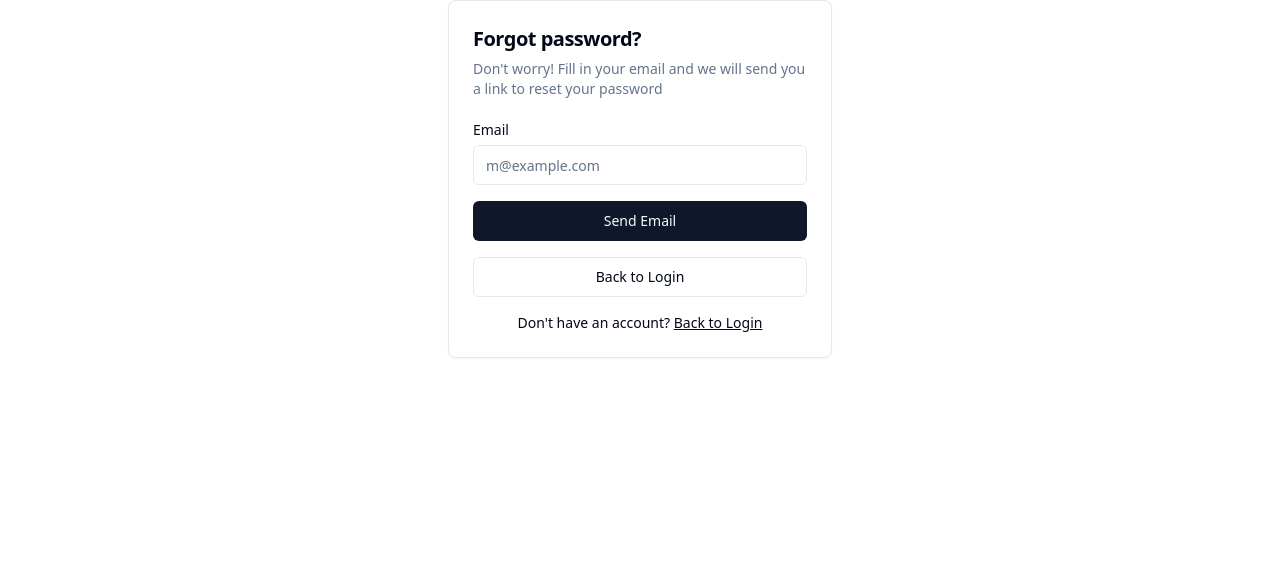
Repository: ifeanyidavid/yabta
Page: /forgot-password (app in frontend/)
These files come from the project's save history. The page is drawn as it stood at one moment and after a run of saves; the edit follows.
The browser window is 1280 px wide. The pictures show the whole page.
The project was rebuilt for these pictures with package versions that can differ from the ones it lists, and the page was loaded fresh each time. Also part of the build but not shown: frontend/vite.config.ts, frontend/src/components/login-form.tsx, frontend/src/pages/Login/index.tsx, frontend/src/routes/root.tsx, frontend/src/routes/error-page.tsx, frontend/src/routes/dashboard.tsx, frontend/src/components/register-form.tsx, frontend/src/pages/Register/index.tsx and 1 more.

Above is the page before, as saved 2024-07-13 00:32:33.

### frontend/src/main.tsx
import React from "react";
import ReactDOM from "react-dom/client";
import { createBrowserRouter, RouterProvider } from "react-router-dom";
import "@/styles/global.css";
import Root from "@/routes/root";
import ErrorPage from "@/routes/error-page";
import { Dashboard as DashboardRoute } from "@/routes/dashboard";
import { Register as RegisterRoute } from "@/routes/register";
import { ForgotPassword as ForgotPasswordRoute } from "@/routes/forgot-password";

const router = createBrowserRouter([
  {
    path: "/",
    element: <Root />,
    errorElement: <ErrorPage />,
  },
  {
    path: "/dashboard",
    element: <DashboardRoute />,
    errorElement: <ErrorPage />,
  },
  {
    path: "/register",
    element: <RegisterRoute />,
    errorElement: <ErrorPage />,
  },
  {
    path: "/forgot-password",
    element: <ForgotPasswordRoute />,
    errorElement: <ErrorPage />,
  },
]);

ReactDOM.createRoot(document.getElementById("root")!).render(
  <React.StrictMode>
    <RouterProvider router={router} />
  </React.StrictMode>
);

### frontend/src/styles/global.css
@tailwind base;
  @tailwind components;
  @tailwind utilities;

  @layer base {
    :root {
      --background: 0 0% 100%;
      --foreground: 222.2 84% 4.9%;
      --card: 0 0% 100%;
      --card-foreground: 222.2 84% 4.9%;
      --popover: 0 0% 100%;
      --popover-foreground: 222.2 84% 4.9%;
      --primary: 222.2 47.4% 11.2%;
      --primary-foreground: 210 40% 98%;
      --secondary: 210 40% 96.1%;
      --secondary-foreground: 222.2 47.4% 11.2%;
      --muted: 210 40% 96.1%;
      --muted-foreground: 215.4 16.3% 46.9%;
      --accent: 210 40% 96.1%;
      --accent-foreground: 222.2 47.4% 11.2%;
      --destructive: 0 84.2% 60.2%;
      --destructive-foreground: 210 40% 98%;
      --border: 214.3 31.8% 91.4%;
      --input: 214.3 31.8% 91.4%;
      --ring: 222.2 84% 4.9%;
      --radius: 0.5rem;
      --chart-1: 12 76% 61%;
      --chart-2: 173 58% 39%;
      --chart-3: 197 37% 24%;
      --chart-4: 43 74% 66%;
      --chart-5: 27 87% 67%;
    }

    .dark {
      --background: 222.2 84% 4.9%;
      --foreground: 210 40% 98%;
      --card: 222.2 84% 4.9%;
      --card-foreground: 210 40% 98%;
      --popover: 222.2 84% 4.9%;
      --popover-foreground: 210 40% 98%;
      --primary: 210 40% 98%;
      --primary-foreground: 222.2 47.4% 11.2%;
      --secondary: 217.2 32.6% 17.5%;
      --secondary-foreground: 210 40% 98%;
      --muted: 217.2 32.6% 17.5%;
      --muted-foreground: 215 20.2% 65.1%;
      --accent: 217.2 32.6% 17.5%;
      --accent-foreground: 210 40% 98%;
      --destructive: 0 62.8% 30.6%;
      --destructive-foreground: 210 40% 98%;
      --border: 217.2 32.6% 17.5%;
      --input: 217.2 32.6% 17.5%;
      --ring: 212.7 26.8% 83.9%;
      --chart-1: 220 70% 50%;
      --chart-2: 160 60% 45%;
      --chart-3: 30 80% 55%;
      --chart-4: 280 65% 60%;
      --chart-5: 340 75% 55%;
    }
  }

  @layer base {
    * {
      @apply border-border;
    }
    body {
      @apply bg-background text-foreground;
    }
  }

### frontend/src/routes/forgot-password.tsx
import React from "react";
import { ForgotPassword as ForgotPasswordPage } from "@/pages/ForgotPassword";

export const ForgotPassword: React.FC = () => {
  return <ForgotPasswordPage />;
};

### frontend/src/pages/ForgotPassword/index.tsx
import React from 'react'
import { ForgotPasswordForm } from '@/components/forgot-password-form'

export const ForgotPassword: React.FC = () => {
  return (
    <ForgotPasswordForm />
  )
}

### frontend/src/components/forgot-password-form.tsx
import {
  Card,
  CardHeader,
  CardTitle,
  CardDescription,
  CardContent,
} from "@/components/ui/card";
import { Label } from "@/components/ui/label";
import { Input } from "@/components/ui/input";
import { Button } from "@/components/ui/button";
import { useLinkClickHandler, NavLink } from "react-router-dom";

export function ForgotPasswordForm() {
  const navigateToDashboard = useLinkClickHandler("/dashboard");
  const navigateToLogin = useLinkClickHandler("/");
  return (
    <Card className="mx-auto max-w-sm">
      <CardHeader>
        <CardTitle className="text-xl">Forgot password?</CardTitle>
        <CardDescription>
          Don't worry! Fill in your email and we will send you a link to reset
          your password
        </CardDescription>
      </CardHeader>
      <CardContent>
        <div className="grid gap-4">
          <div className="grid gap-2">
            <Label htmlFor="email">Email</Label>
            <Input
              id="email"
              type="email"
              placeholder="m@example.com"
              required
            />
          </div>
          <Button onClick={navigateToDashboard} type="submit" className="w-full">
            Send Email
          </Button>
          <Button onClick={navigateToLogin} variant="outline" className="w-full">
            Back to Login
          </Button>
        </div>
        <div className="mt-4 text-center text-sm">
          Don&apos;t have an account?{" "}
          <NavLink to="/register" className="underline">
            Back to Login
          </NavLink>
        </div>
      </CardContent>
    </Card>
  );
}

### frontend/src/components/ui/card.tsx
import * as React from "react"

import { cn } from "@/lib/utils"

const Card = React.forwardRef<
  HTMLDivElement,
  React.HTMLAttributes<HTMLDivElement>
>(({ className, ...props }, ref) => (
  <div
    ref={ref}
    className={cn(
      "rounded-lg border bg-card text-card-foreground shadow-sm",
      className
    )}
    {...props}
  />
))
Card.displayName = "Card"

const CardHeader = React.forwardRef<
  HTMLDivElement,
  React.HTMLAttributes<HTMLDivElement>
>(({ className, ...props }, ref) => (
  <div
    ref={ref}
    className={cn("flex flex-col space-y-1.5 p-6", className)}
    {...props}
  />
))
CardHeader.displayName = "CardHeader"

const CardTitle = React.forwardRef<
  HTMLParagraphElement,
  React.HTMLAttributes<HTMLHeadingElement>
>(({ className, ...props }, ref) => (
  <h3
    ref={ref}
    className={cn(
      "text-2xl font-semibold leading-none tracking-tight",
      className
    )}
    {...props}
  />
))
CardTitle.displayName = "CardTitle"

const CardDescription = React.forwardRef<
  HTMLParagraphElement,
  React.HTMLAttributes<HTMLParagraphElement>
>(({ className, ...props }, ref) => (
  <p
    ref={ref}
    className={cn("text-sm text-muted-foreground", className)}
    {...props}
  />
))
CardDescription.displayName = "CardDescription"

const CardContent = React.forwardRef<
  HTMLDivElement,
  React.HTMLAttributes<HTMLDivElement>
>(({ className, ...props }, ref) => (
  <div ref={ref} className={cn("p-6 pt-0", className)} {...props} />
))
CardContent.displayName = "CardContent"

const CardFooter = React.forwardRef<
  HTMLDivElement,
  React.HTMLAttributes<HTMLDivElement>
>(({ className, ...props }, ref) => (
  <div
    ref={ref}
    className={cn("flex items-center p-6 pt-0", className)}
    {...props}
  />
))
CardFooter.displayName = "CardFooter"

export { Card, CardHeader, CardFooter, CardTitle, CardDescription, CardContent }

### frontend/src/components/ui/label.tsx
"use client"

import * as React from "react"
import * as LabelPrimitive from "@radix-ui/react-label"
import { cva, type VariantProps } from "class-variance-authority"

import { cn } from "@/lib/utils"

const labelVariants = cva(
  "text-sm font-medium leading-none peer-disabled:cursor-not-allowed peer-disabled:opacity-70"
)

const Label = React.forwardRef<
  React.ElementRef<typeof LabelPrimitive.Root>,
  React.ComponentPropsWithoutRef<typeof LabelPrimitive.Root> &
    VariantProps<typeof labelVariants>
>(({ className, ...props }, ref) => (
  <LabelPrimitive.Root
    ref={ref}
    className={cn(labelVariants(), className)}
    {...props}
  />
))
Label.displayName = LabelPrimitive.Root.displayName

export { Label }

### frontend/src/components/ui/input.tsx
import * as React from "react"

import { cn } from "@/lib/utils"

export interface InputProps
  extends React.InputHTMLAttributes<HTMLInputElement> {}

const Input = React.forwardRef<HTMLInputElement, InputProps>(
  ({ className, type, ...props }, ref) => {
    return (
      <input
        type={type}
        className={cn(
          "flex h-10 w-full rounded-md border border-input bg-background px-3 py-2 text-sm ring-offset-background file:border-0 file:bg-transparent file:text-sm file:font-medium placeholder:text-muted-foreground focus-visible:outline-none focus-visible:ring-2 focus-visible:ring-ring focus-visible:ring-offset-2 disabled:cursor-not-allowed disabled:opacity-50",
          className
        )}
        ref={ref}
        {...props}
      />
    )
  }
)
Input.displayName = "Input"

export { Input }

### frontend/src/components/ui/button.tsx
import * as React from "react"
import { Slot } from "@radix-ui/react-slot"
import { cva, type VariantProps } from "class-variance-authority"

import { cn } from "@/lib/utils"

const buttonVariants = cva(
  "inline-flex items-center justify-center whitespace-nowrap rounded-md text-sm font-medium ring-offset-background transition-colors focus-visible:outline-none focus-visible:ring-2 focus-visible:ring-ring focus-visible:ring-offset-2 disabled:pointer-events-none disabled:opacity-50",
  {
    variants: {
      variant: {
        default: "bg-primary text-primary-foreground hover:bg-primary/90",
        destructive:
          "bg-destructive text-destructive-foreground hover:bg-destructive/90",
        outline:
          "border border-input bg-background hover:bg-accent hover:text-accent-foreground",
        secondary:
          "bg-secondary text-secondary-foreground hover:bg-secondary/80",
        ghost: "hover:bg-accent hover:text-accent-foreground",
        link: "text-primary underline-offset-4 hover:underline",
      },
      size: {
        default: "h-10 px-4 py-2",
        sm: "h-9 rounded-md px-3",
        lg: "h-11 rounded-md px-8",
        icon: "h-10 w-10",
      },
    },
    defaultVariants: {
      variant: "default",
      size: "default",
    },
  }
)

export interface ButtonProps
  extends React.ButtonHTMLAttributes<HTMLButtonElement>,
    VariantProps<typeof buttonVariants> {
  asChild?: boolean
}

const Button = React.forwardRef<HTMLButtonElement, ButtonProps>(
  ({ className, variant, size, asChild = false, ...props }, ref) => {
    const Comp = asChild ? Slot : "button"
    return (
      <Comp
        className={cn(buttonVariants({ variant, size, className }))}
        ref={ref}
        {...props}
      />
    )
  }
)
Button.displayName = "Button"

export { Button, buttonVariants }

Loaded but not shown: frontend/index.html (common file); frontend/src/lib/utils.ts (common file); frontend/tailwind.config.js (common file)

After the next 4 saves:
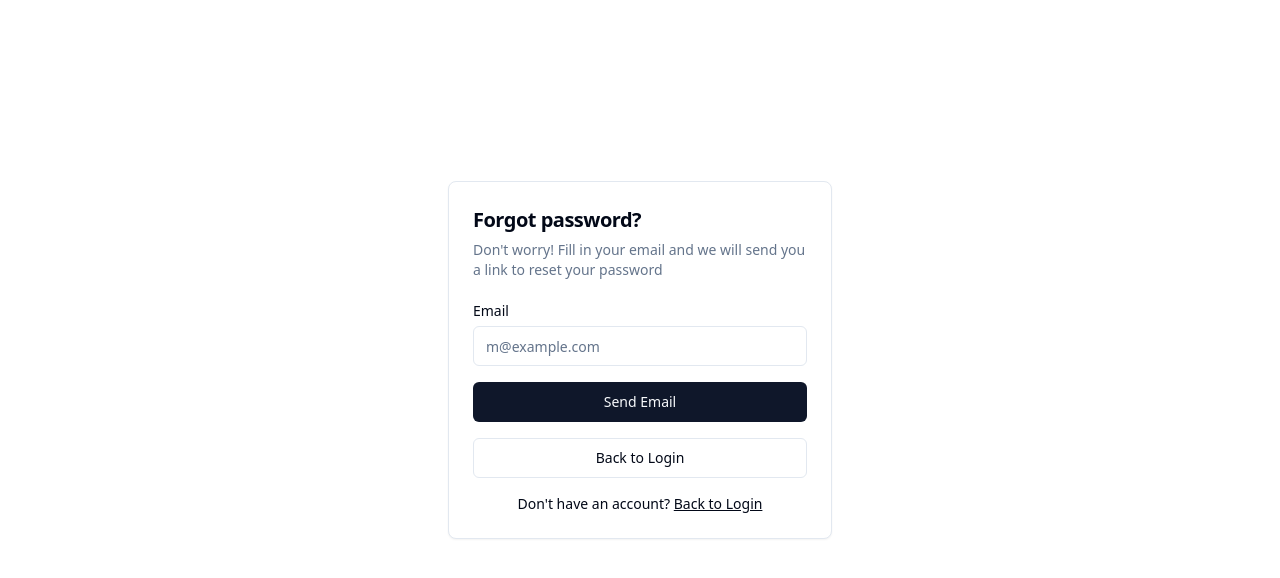
The 4 saves are shown as one change because 1 did not build or start and some came seconds apart.
The last was saved 31 s later.
--- a/frontend/src/routes/forgot-password.tsx
+++ b/frontend/src/routes/forgot-password.tsx
@@ -2,5 +2,11 @@ import React from "react";
 import { ForgotPassword as ForgotPasswordPage } from "@/pages/ForgotPassword";
 
 export const ForgotPassword: React.FC = () => {
-  return <ForgotPasswordPage />;
+  return (
+    <div className="relative flex min-h-screen flex-col bg-background">
+      <div className="w-full h-screen flex items-center justify-center">
+        <ForgotPasswordPage />
+      </div>
+    </div>
+  );
 };
